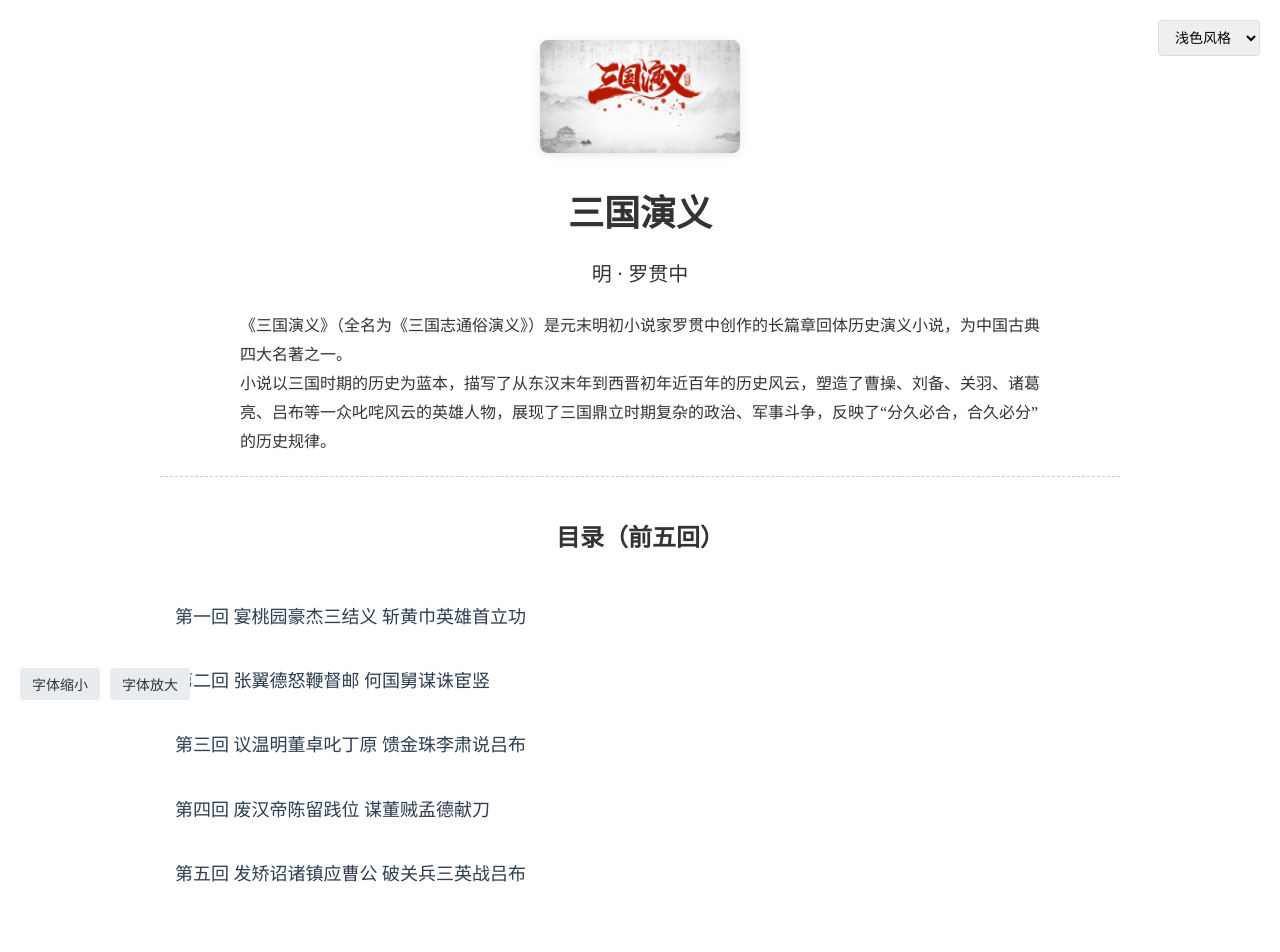
Repository: yingdaomy/web-
Page: lab1/ThreeKingdomReader/src/main/webapp/index.html
The author's editor kept a copy of each file at every save. The page is drawn from the files as they stood at one save, then again after the next save.
The browser window is 1280 px wide. The pictures show the whole page.
After loading, the first visible `button` was clicked once.

Above is the page before, as saved 2026-03-21 03:13:05.

After the next save:
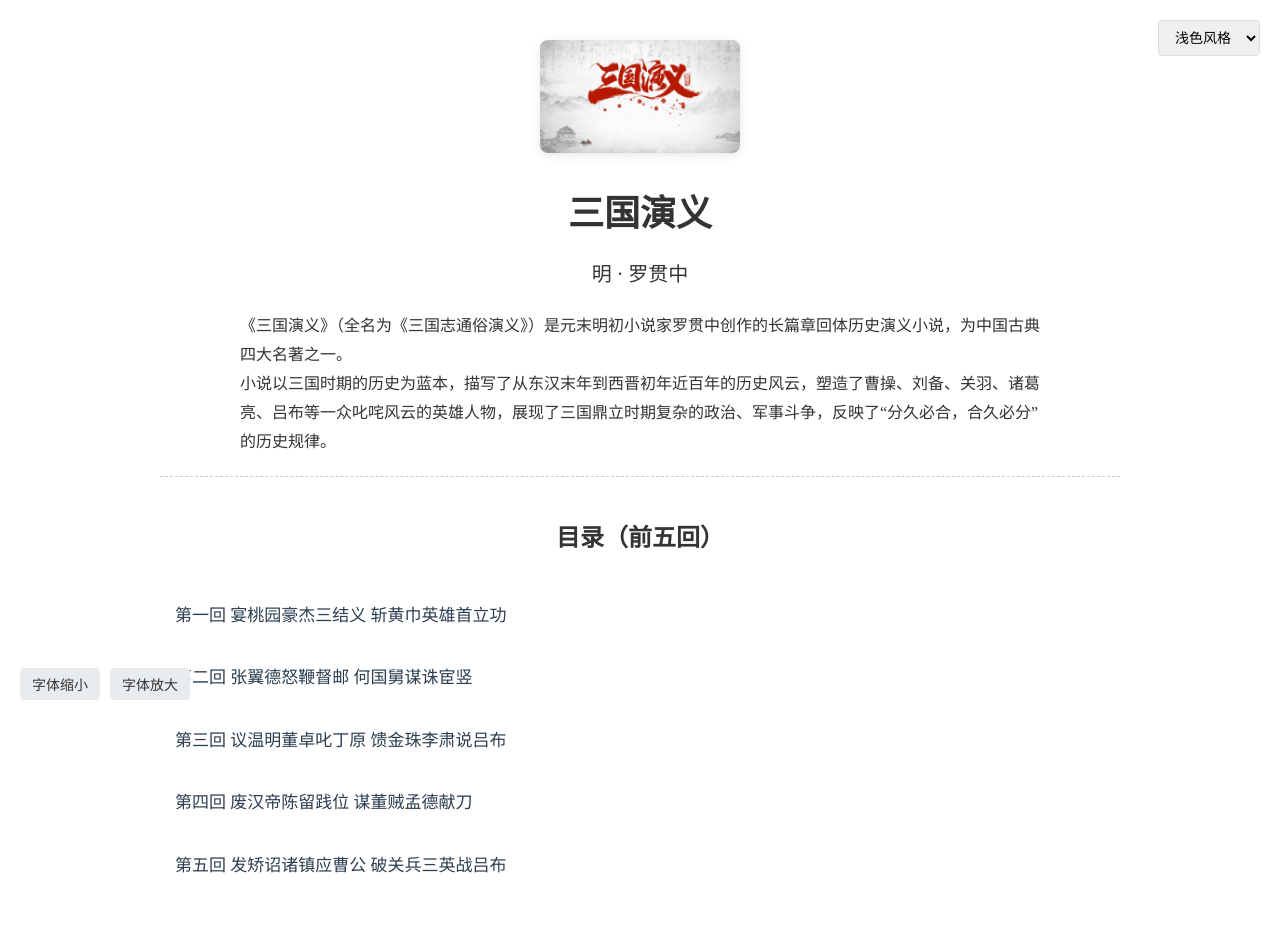
Saved 15 min 52 s later.
--- a/lab1/ThreeKingdomReader/src/main/webapp/index.html
+++ b/lab1/ThreeKingdomReader/src/main/webapp/index.html
@@ -51,11 +51,28 @@
         }
 
         // 调整字体大小
-        function adjustFont(type) {
-            const body = document.body;
-            const currentSize = parseFloat(getComputedStyle(body).fontSize);
-            body.style.fontSize = type === 'bigger' ? (currentSize + 1) + 'px' : (currentSize - 1) + 'px';
-        }
+		function adjustFont(type) {
+    		// 控制全局基础字体（标题等）
+    		const body = document.body;
+    		const currentBodySize = parseFloat(getComputedStyle(body).fontSize);
+    		const newBodySize = type === 'bigger' ? (currentBodySize + 1) : (currentBodySize - 1);
+    		// 限制字体大小范围（避免过大/过小）
+    		if (newBodySize >= 12 && newBodySize <= 24) {
+        		body.style.fontSize = newBodySize + 'px';
+
+        		// 控制正文字体（核心修复：直接修改章节内容的字体大小）
+        		const contentElements = document.querySelectorAll('.chapter-content');
+        		contentElements.forEach(el => {
+            	el.style.fontSize = newBodySize + 'px';
+        	});
+
+        	// 目录页章节列表字体也同步调整（可选）
+       		const chapterListElements = document.querySelectorAll('.chapter-list a');
+        	chapterListElements.forEach(el => {
+            el.style.fontSize = (newBodySize + 2) + 'px';
+        	});
+    	}
+	}
     </script>
 </body>
 </html>
